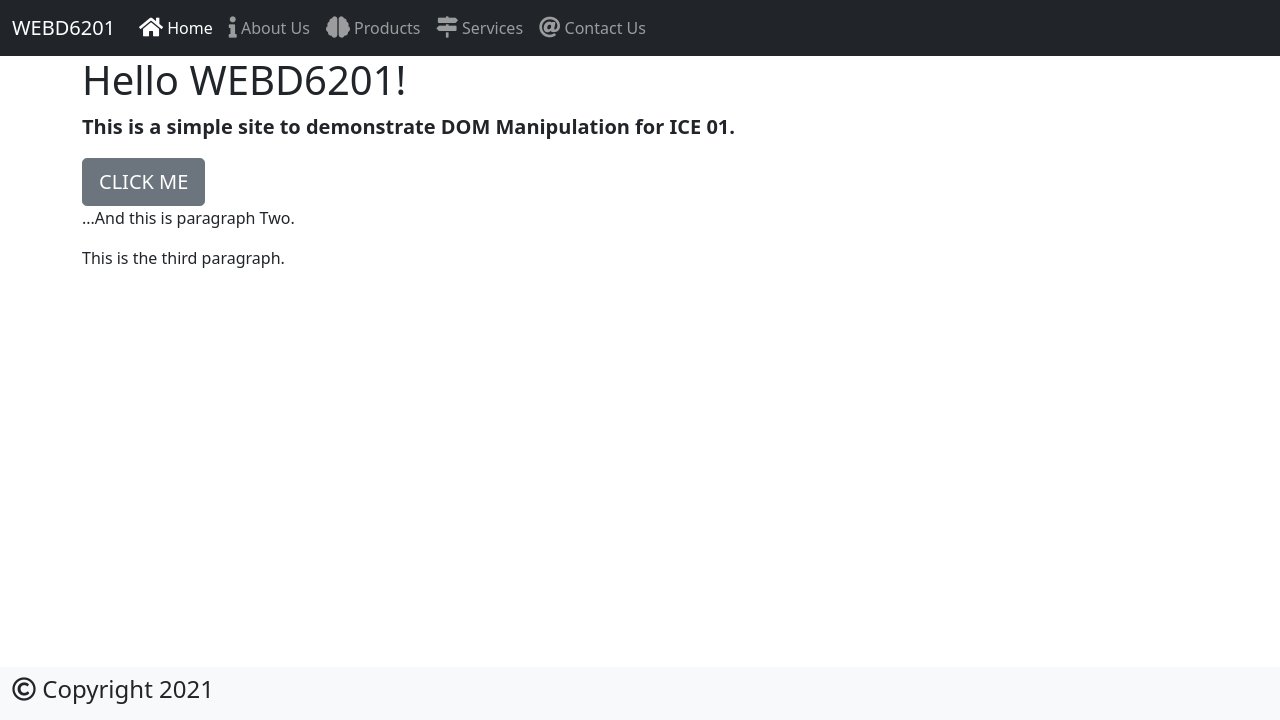
Repository: GarlicButterBoy/WEBD6201-Week1
Page: index.html
An editor plug-in stored every save of this project. The page is shown before and after a run of saves, followed by the edit.
The browser window is 1280 px wide. The pictures show the whole page.

Above is the page before, as saved 2021-01-21 08:28:32.

After the next 2 saves:
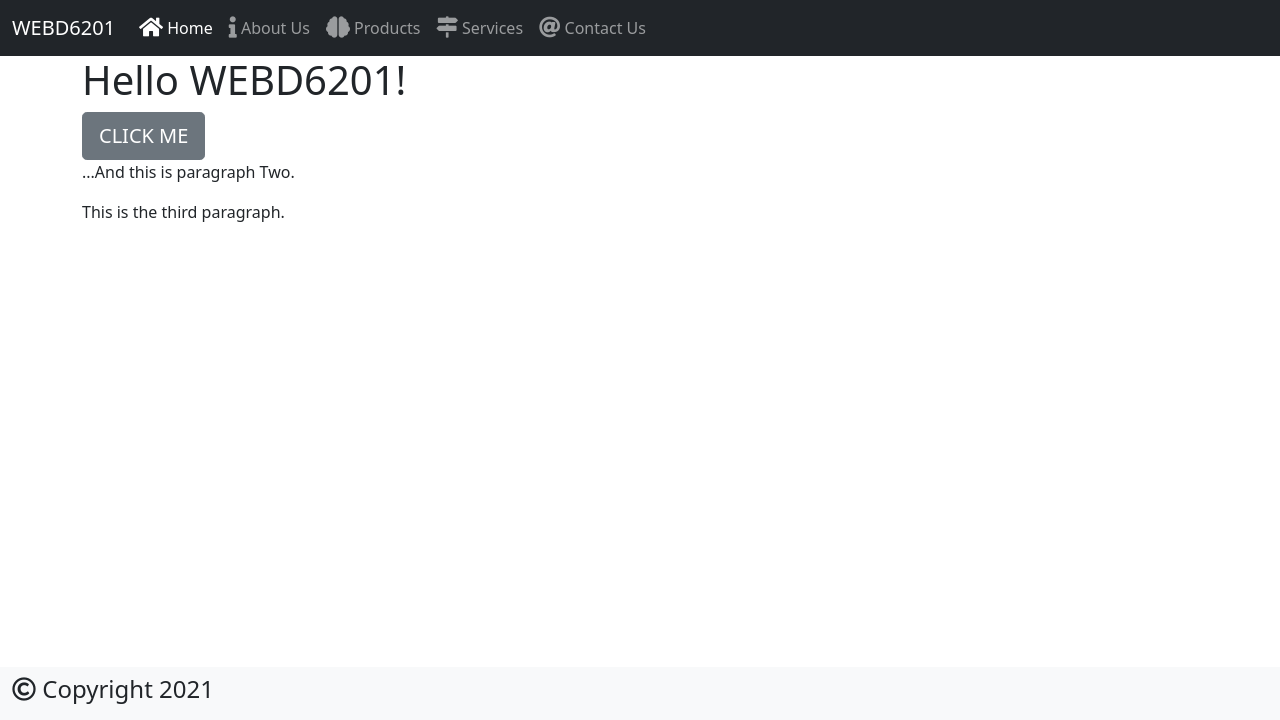
The 2 saves are shown as one change because they came seconds apart.
The last was saved 9 s later.
--- a/Scripts/app.js
+++ b/Scripts/app.js
@@ -48,7 +48,7 @@
 
        //deletions
        //target an element
-       paragraphOne.re
+       paragraphOneElement.remove();
 
        for (let index = 0; index < 5; index++)
        {

After the 2 saves that followed:
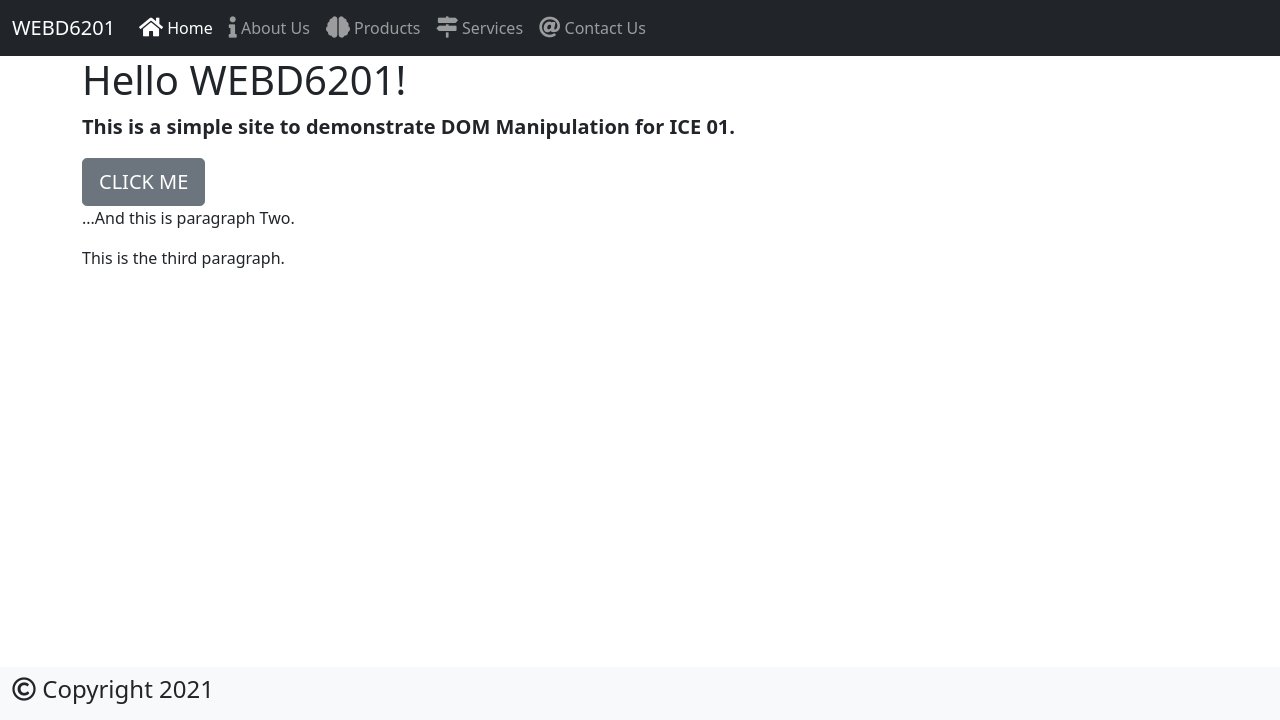
The 2 saves are shown as one change because 1 left the picture as it was.
The last was saved 54 s later.
--- a/Scripts/app.js
+++ b/Scripts/app.js
@@ -48,7 +48,9 @@
 
        //deletions
        //target an element
-       paragraphOneElement.remove();
+       //paragraphOneElement.remove();
+
+
 
        for (let index = 0; index < 5; index++)
        {
